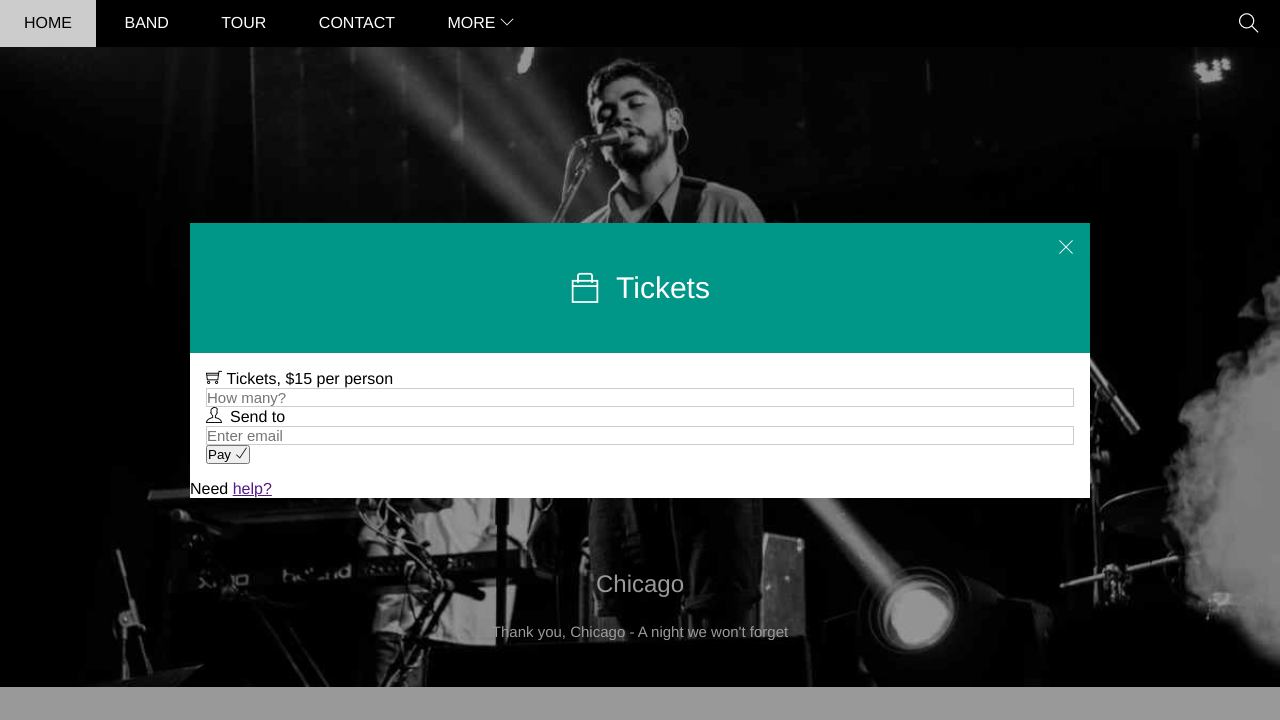
Repository: qhoa25623/The-Band
Page: index.html
These files come from the project's save history. The page is drawn as it stood at one moment and after the next save; the edit follows.
The browser window is 1280 px wide. The pictures show the window.
A layer covers the whole window, so only the first screen is drawn.

Above is the page before, as saved 2022-04-27 23:02:58.

After the next save:
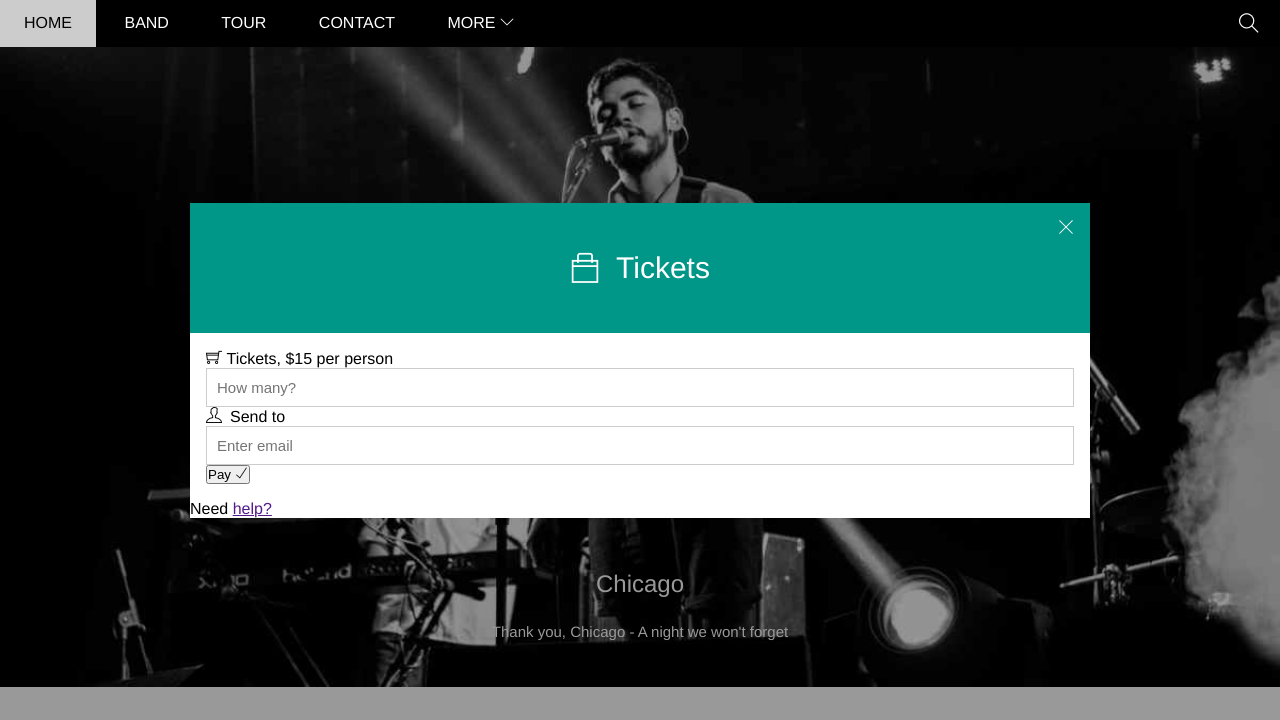
Saved 26 s later.
--- a/assets/css/styles.css
+++ b/assets/css/styles.css
@@ -281,4 +281,5 @@ html {
   border:1px solid #ccc;
   width:100%;
   font-size:15px;
-}
+  padding:10px;
+}
